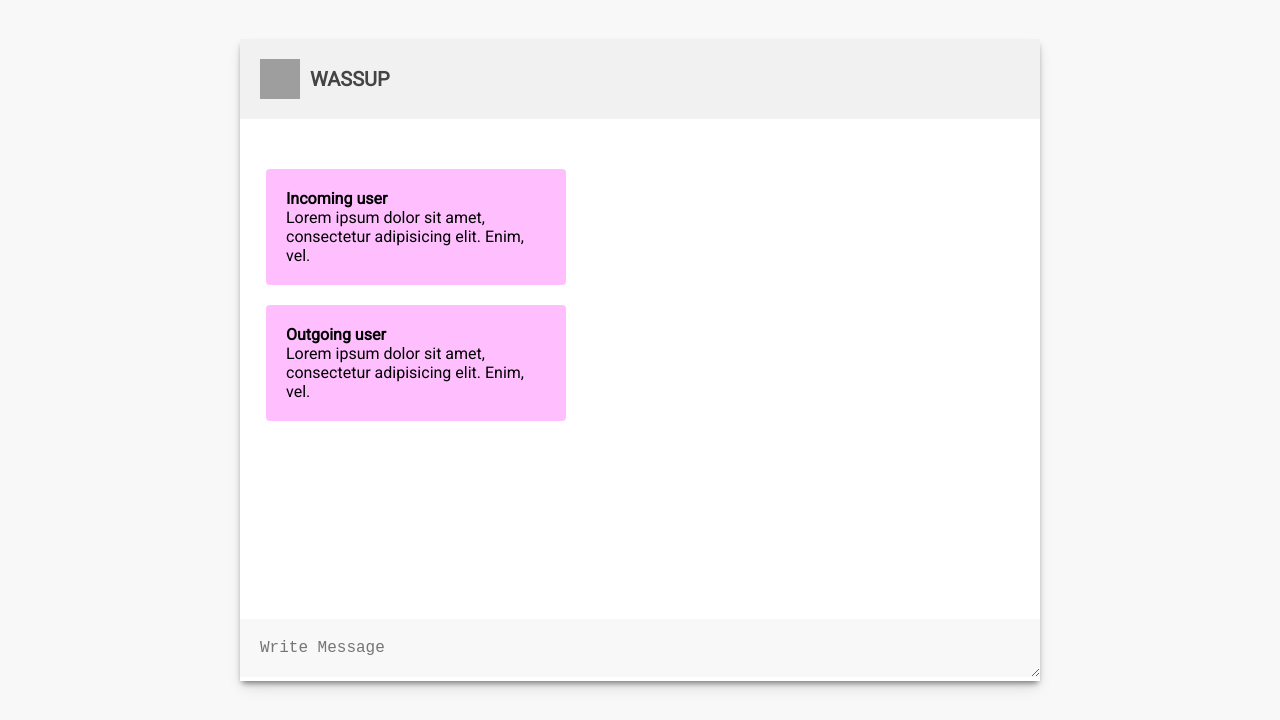
Repository: yashrajverma/Wassup-Chat-App
Page: http://localhost/
These files come from the project's save history. The page is drawn as it stood at one moment and after the next save; the edit follows.
The browser window is 1280 px wide. The pictures show the whole page.
Pictures or frames that could not be fetched are drawn as grey boxes. The page is served by the project's Node server (server.js).

Above is the page before, as saved 2020-11-19 12:04:13.

### views/index.ejs
<!DOCTYPE html>
<html lang="en">

<head>
    <meta charset="UTF-8">
    <meta name="viewport" content="width=device-width, initial-scale=1.0">
    <title>Wassup Chat app</title>
    <link rel="stylesheet" href="/public/style.css">
    <link rel="stylesheet" href="https://fonts.googleapis.com/css2?family=Roboto&display=swap">
</head>

<body>
    <script src="/public/client.js"></script>
    <section class="chat_section">
        <div class="brand">
            <img src="https://bookmyscans.com/blog/wp-content/uploads/2017/06/phone-call-icon-16.png" alt="wassup image">
            <h1>Wassup</h1>
        </div>
        <div class="message_area">
            <div class="incoming message">
                <h4>Incoming user</h4>
                <p>Lorem ipsum dolor sit amet, consectetur adipisicing elit. Enim, vel.</p>
            </div>
            <div class="outgoing message">
                <h4>Outgoing user</h4>
                <p>Lorem ipsum dolor sit amet, consectetur adipisicing elit. Enim, vel.</p>
            </div>
        </div>
        <div>
            <textarea id="message_box" cols="30" rows="1" placeholder="Write Message"></textarea>
        </div>
    </section>
</body>

</html>

### server.js
const express = require('express');
const app = express();
const PORT = process.env.PORT || 3000;
app.set('view engine', 'ejs');
app.use('/public', express.static('public'));
app.get('/', (req, res) => {
    res.render('index');
});
app.listen(PORT);

### public/style.css
@import url('https://fonts.googleapis.com/css2?family=Roboto&display=swap');
* {
    padding: 0;
    margin: 0;
    box-sizing: border-box;
}

body {
    display: flex;
    align-items: center;
    justify-content: center;
    min-height: 100vh;
    background: #f8f8f8;
    font-family: 'Roboto', sans-serif;
}

section.chat_section {
    min-height: 90%;
    width: 800px;
    background: #fff;
    box-shadow: 0 10px 15px -3px rgba(0, 0, 0, 0.1), 0 4px 6px -2px rgba(0, 0, 0, 0.5);
}

.brand {
    align-items: center;
    display: flex;
    padding: 20px;
    background: #f1f1f1;
}

.brand img {
    width: 40px;
    height: 40px;
}

.brand h1 {
    text-transform: uppercase;
    font-size: 20px;
    color: #444;
    margin-left: 10px;
}

.message_area {
    height: 500px;
    display: flex;
    padding: 16px;
    flex-direction: column;
    overflow-y: auto;
    padding-top: 40px;
}

textarea {
    border: none;
    width: 100%;
    padding: 20px;
    background: #f8f8f8;
    outline: none;
    font-size: 16px;
    resize: vertical;
}

.message {
    padding: 20px;
    border-radius: 4px;
    max-width: 300px;
    position: relative;
    background: #f8f8;
    margin: 10px;
}

Loaded but not shown: public/client.js (no copy from this time; the picture is the same without it)

After the next save:
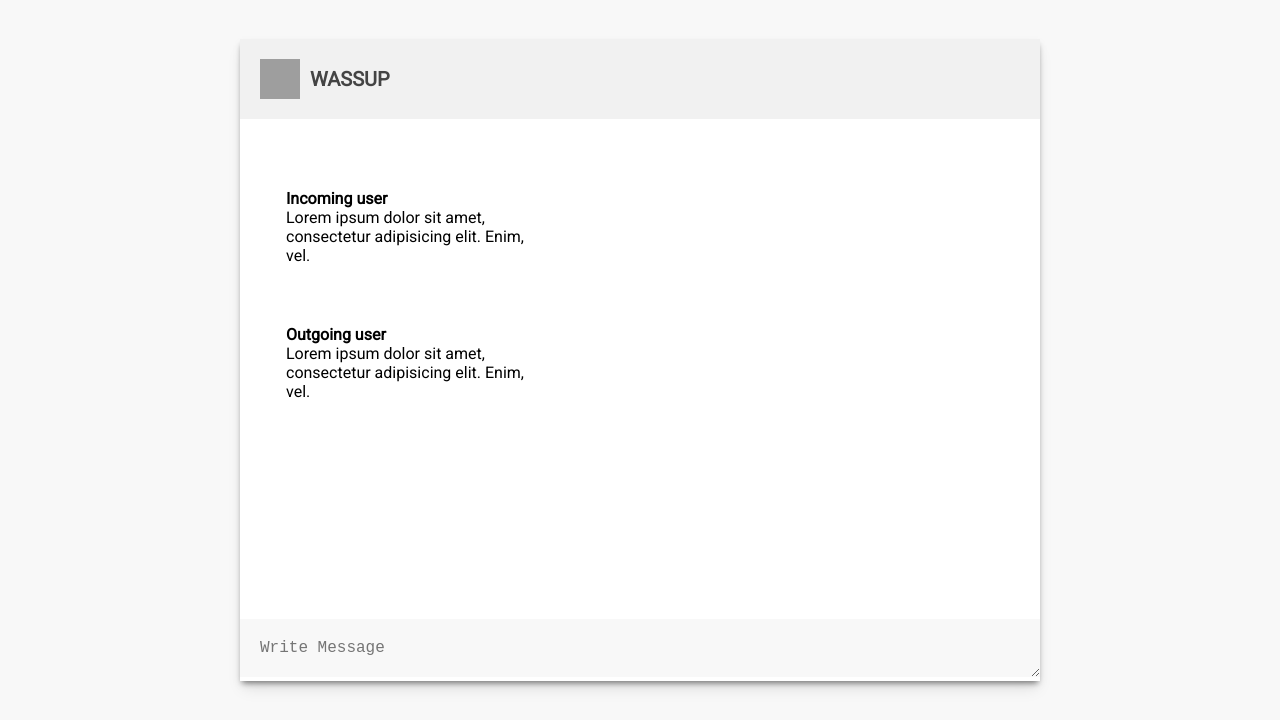
Saved 10 s later.
--- a/public/style.css
+++ b/public/style.css
@@ -64,6 +64,5 @@ textarea {
     border-radius: 4px;
     max-width: 300px;
     position: relative;
-    background: #f8f8;
     margin: 10px;
 }
